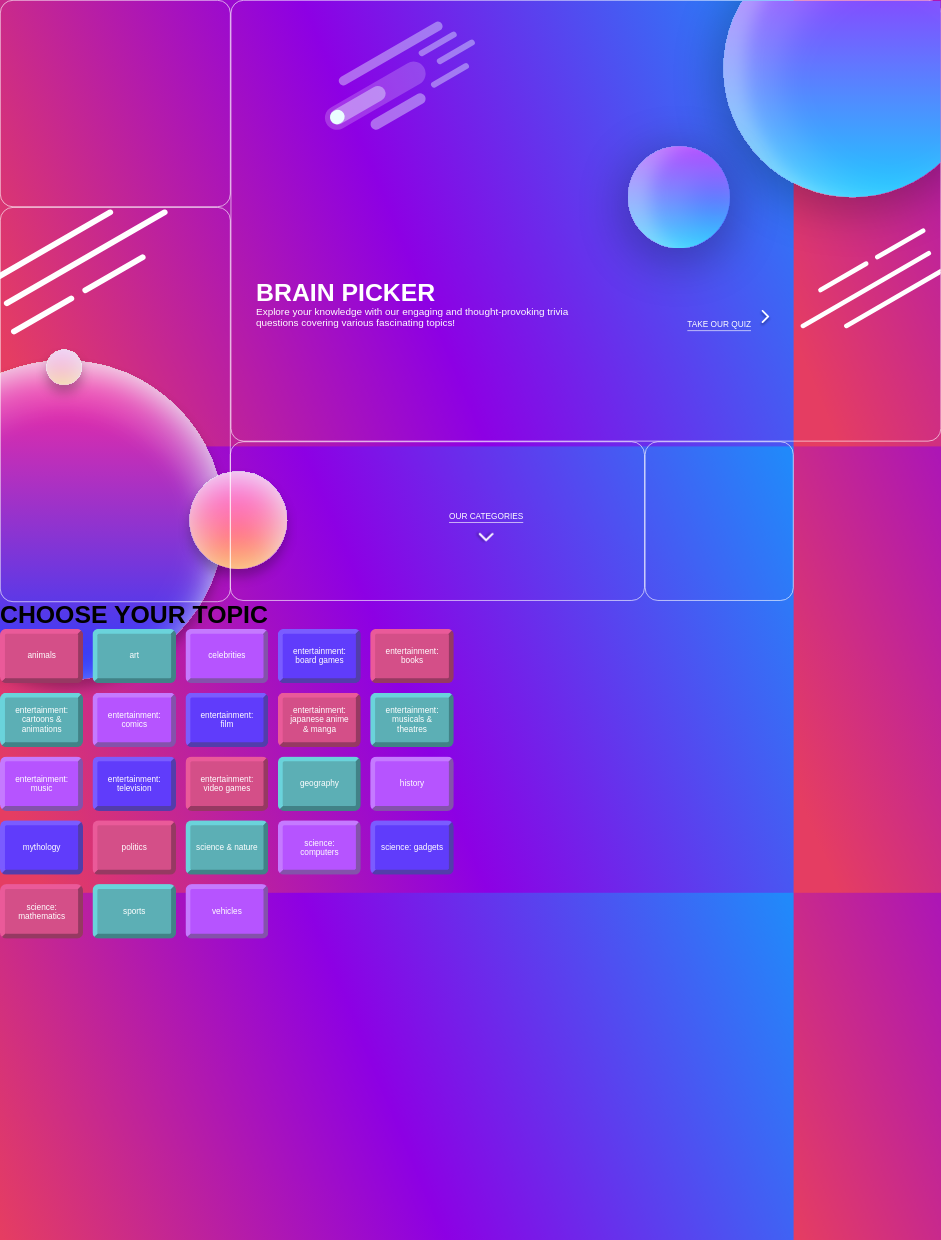
Repository: pjiang604/COMP-2170_Final-Project
Page: index.html
These files come from the project's save history. The page is drawn as it stood at one moment and after the next save; the edit follows.
The browser window is 1280 px wide. The page is 1518 px wide, so the pictures cover 1518 px, including what lies to the right of the window. The pictures show the whole page, at 62% of full size.
Backgrounds fixed to the window are drawn as part of the page.

Above is the page before, as saved 2023-04-30 12:59:12.

After the next save:
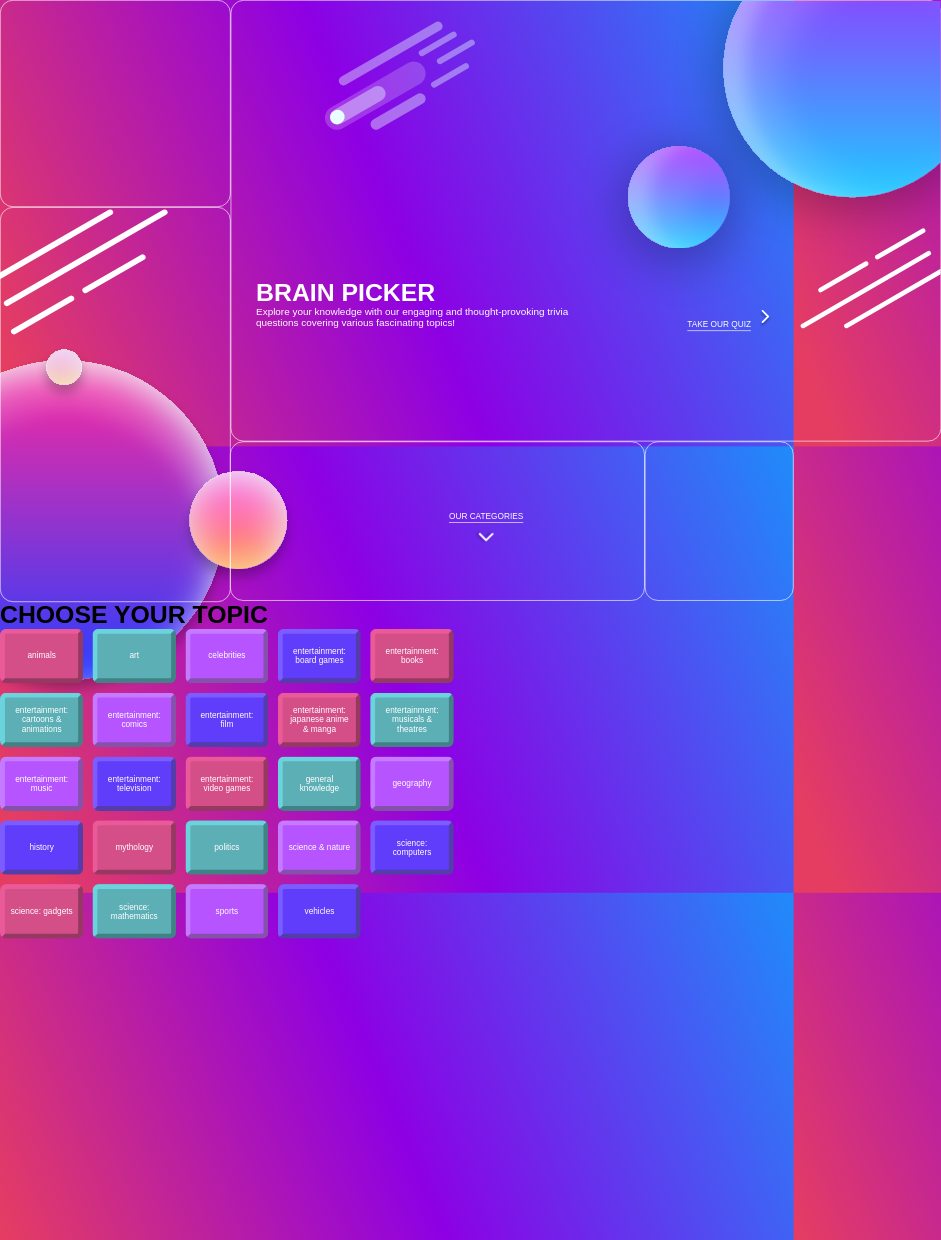
Saved 3 min 57 s later.
--- a/index.html
+++ b/index.html
@@ -67,16 +67,17 @@
         <button class='topic_button3' id="music">entertainment: music</button>
         <button class='topic_button4' id="television">entertainment: television</button>
         <button class='topic_button1' id="video_games">entertainment: video games</button>
-        <button class='topic_button2' id="geography">geography</button>
-        <button class='topic_button3' id="history">history</button>
-        <button class='topic_button4' id="mythology">mythology</button>
-        <button class='topic_button1' id="politics">politics</button>
-        <button class='topic_button2' id="science_nature">science & nature</button>
-        <button class='topic_button3' id="computers">science: computers</button>
-        <button class='topic_button4' id="gadgets">science: gadgets </button>
-        <button class='topic_button1' id="mathematics">science: mathematics</button>
-        <button class='topic_button2' id="sports">sports</button>
-        <button class='topic_button3' id="vehicles">vehicles</button>
+        <button class='topic_button2' id="general_knwoledge">general knowledge</button>
+        <button class='topic_button3' id="geography">geography</button>
+        <button class='topic_button4' id="history">history</button>
+        <button class='topic_button1' id="mythology">mythology</button>
+        <button class='topic_button2' id="politics">politics</button>
+        <button class='topic_button3' id="science_nature">science & nature</button>
+        <button class='topic_button4' id="computers">science: computers</button>
+        <button class='topic_button1' id="gadgets">science: gadgets </button>
+        <button class='topic_button2' id="mathematics">science: mathematics</button>
+        <button class='topic_button3' id="sports">sports</button>
+        <button class='topic_button4' id="vehicles">vehicles</button>
       </div>
     </div>
 
